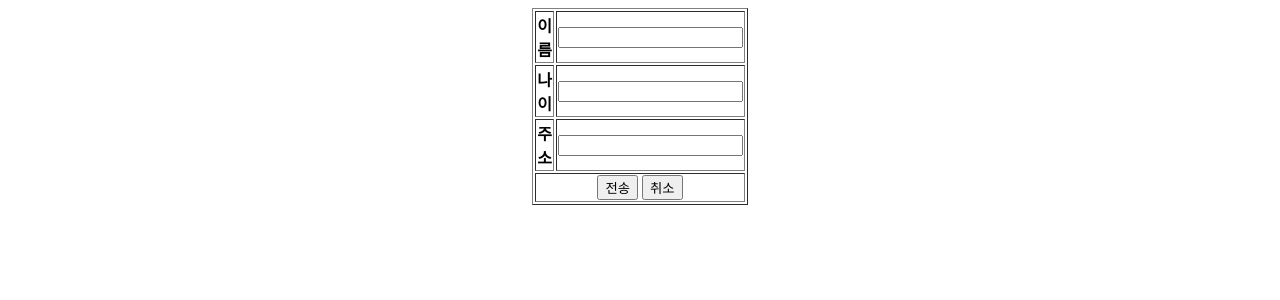
Repository: LTaeHoon/javajsp_ncs
Page: http://localhost/chap01_Jsp_Servlet/exam/userInfo01.jsp
The author's editor kept a copy of each file at every save. The page is drawn from the files as they stood at one save, then again after the next save.
The browser window is 1280 px wide. The pictures show the whole page.
The page is served by Tomcat 9. Other server files are loaded and not shown.

Above is the page before, as saved 2017-01-11 06:37:53.

### chap01_Jsp_Servlet/WebContent/exam/userInfo01.jsp
<%@ page language="java" contentType="text/html; charset=UTF-8"
    pageEncoding="UTF-8"%>
<!DOCTYPE html PUBLIC "-//W3C//DTD HTML 4.01 Transitional//EN" "http://www.w3.org/TR/html4/loose.dtd">
<html>
<head>
<meta http-equiv="Content-Type" content="text/html; charset=UTF-8">
<title>Insert title here</title>
</head>
<body>
	<form name="frm" method="get">
		<table align="center" border="1" width="200">
			<tr>
				<th width="50">이름</th>
				<td><input id ="name"/></td>
			</tr>
			<tr>
				<th width="50">나이</th>
				<td><input id ="age"/></td>
			</tr>
			<tr>
				<th width="50">주소</th>
				<td><input id ="name"/></td>
			</tr>
			<tr>
			 <th colspan="2">
			 <input type="submit" value="전송"/>
			 <input type="reset" value="취소"/>
			 </th>
			</tr>
		</table>
	</form>
</body>
</html>

After the next save:
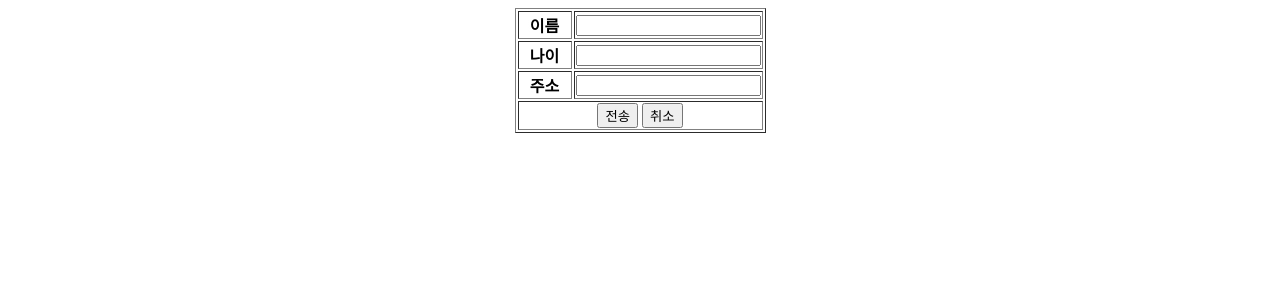
Saved 20 s later.
--- a/chap01_Jsp_Servlet/WebContent/exam/userInfo01.jsp
+++ b/chap01_Jsp_Servlet/WebContent/exam/userInfo01.jsp
@@ -8,7 +8,7 @@
 </head>
 <body>
 	<form name="frm" method="get">
-		<table align="center" border="1" width="200">
+		<table align="center" border="1">
 			<tr>
 				<th width="50">이름</th>
 				<td><input id ="name"/></td>
